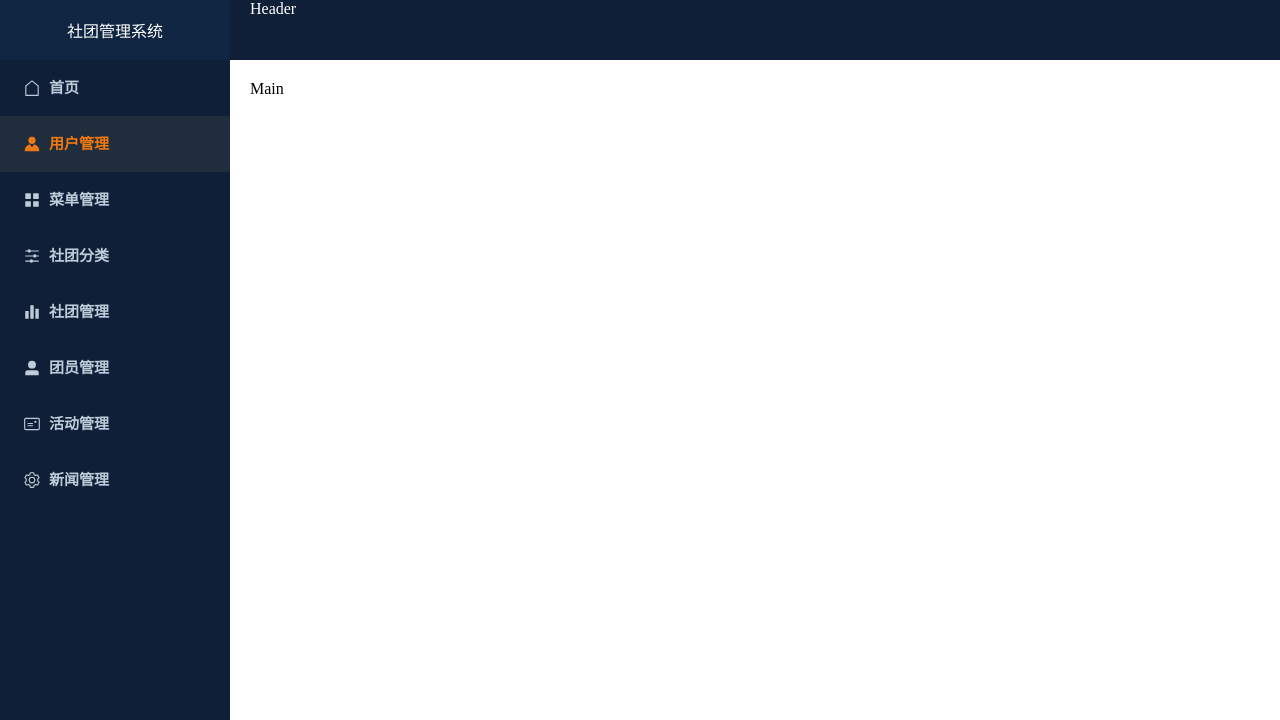
Repository: SanaatanX/Web-Engineering
Page: /home (app in 后台管理系统/team-admin/)
The author's editor kept a copy of each file at every save. The page is drawn from the files as they stood at one save, then again after the next save.
The browser window is 1280 px wide. The pictures show the whole page.
The project was rebuilt for these pictures with package versions that can differ from the ones it lists, and the page was loaded fresh each time. Also part of the build but not shown: 后台管理系统/team-admin/vite.config.ts.

Above is the page before, as saved 2025-05-14 20:58:15.

### 后台管理系统/team-admin/index.html
<!DOCTYPE html>
<html lang="en">
  <head>
    <meta charset="UTF-8" />
    <link rel="icon" href="/favicon.ico" />
    <meta name="viewport" content="width=device-width, initial-scale=1.0" />
    <title>Vite App</title>
  </head>
  <body>
    <div id="app"></div>
    <script type="module" src="/src/main.ts"></script>
  </body>
</html>
<style>
  html,body,#app{
    padding: 0px;
    margin: 0px;
    height: 100%;
  }
</style>

### 后台管理系统/team-admin/src/main.ts
import { createApp } from 'vue'
import router from './router/index'
//引入element plus
import ElementPlus from 'element-plus'
import 'element-plus/dist/index.css'
import * as ElementPlusIconsVue from '@element-plus/icons-vue'
//记得注释
// import './style.css'
import App from './App.vue'
//引入Pinia构造函数
import { createPinia } from 'pinia'
// 实例化 Pinia
const pinia = createPinia()
// createApp(App).mount('#app')
const app = createApp(App);
app.use(ElementPlus).use(router).use(pinia).mount('#app')
//全局注册图标组件
for (const [key, component] of Object.entries(ElementPlusIconsVue)) {
    app.component(key, component)
}

### 后台管理系统/team-admin/src/router/index.ts
import { createRouter, createWebHistory, RouteRecordRaw } from 'vue-router'
import Layout from '@/layout/index.vue'

const routes: Array<RouteRecordRaw> = [
  {
    path: '/home',
    name: 'home',
    component: Layout
  }
]

const router = createRouter({
  history: createWebHistory(),
  routes
})

export default router

### 后台管理系统/team-admin/src/App.vue
<template>
  <router-view/>
</template>

<style lang="scss">
</style>

### 后台管理系统/team-admin/src/layout/index.vue
<template>
  <el-container class="mycontainer">
    <el-aside class="myaside" width="230px">
      <Menu></Menu>
    </el-aside>
    <el-container>
      <el-header class="myheader">Header</el-header>
      <el-main class="mymain">Main</el-main>
    </el-container>
  </el-container>
</template>

<script setup lang="ts">
import Menu from './Menu.vue';
</script>

<style scoped lang="scss">
.mycontainer{
    height: 100%;
    .myaside{
      background-color: #0e1f37;
    }
    .myheader{
      background-color: #0e1f37;
      color: #FFF;
    }
    .mymain{
        // background-color: goldenrod;
    }
}
</style>

### 后台管理系统/team-admin/src/layout/Menu.vue
<template>
  <MenuLogo></MenuLogo>
  <el-menu
    default-active="1"
    class="el-menu-vertical-demo"
    :collapse="isCollapse"
    @open="handleOpen"
    @close="handleClose"
    active-text-color="#f07810"
    background-color="#0e1f37"
  >
  <el-menu-item index="0">
      <el-icon><House /></el-icon>
      <template #title>首页</template>
    </el-menu-item>
    <el-menu-item index="1">
      <el-icon><Avatar /></el-icon>
      <template #title>用户管理</template>
    </el-menu-item>
    <el-menu-item index="2">
      <el-icon><Menu /></el-icon>
      <template #title>菜单管理</template>
    </el-menu-item>
    <el-menu-item index="3">
      <el-icon><Operation /></el-icon>
      <template #title>社团分类</template>
    </el-menu-item>
    <el-menu-item index="4">
      <el-icon><Histogram /></el-icon>
      <template #title>社团管理</template>
    </el-menu-item>
    <el-menu-item index="5">
      <el-icon><UserFilled /></el-icon>
      <template #title>团员管理</template>
    </el-menu-item>
    <el-menu-item index="6">
      <el-icon><Postcard /></el-icon>
      <template #title>活动管理</template>
    </el-menu-item>
    <el-menu-item index="7">
      <el-icon><setting /></el-icon>
      <template #title>新闻管理</template>
    </el-menu-item>
  </el-menu>
</template>

<script setup lang="ts">
import { ref } from "vue";
import MenuLogo from "./MenuLogo.vue";
const isCollapse = ref(false);
const handleOpen = (key: string, keyPath: string[]) => {
  console.log(key, keyPath);
};
const handleClose = (key: string, keyPath: string[]) => {
  console.log(key, keyPath);
};
</script>

<style scoped>
.el-menu-vertical-demo:not(.el-menu--collapse) {
  width: 230px;
  min-height: 400px;
}
.el-menu {
  border-right: none;
}
.el-menu .el-menu-item {
  color: #bfcbd9;
  font-size: 15px;
  font-weight: bold;
}
.el-menu-item.is-active {
  color: #f07810 !important;
  background-color: #1f2d3d !important;
}
/* 鼠标移动菜单的颜色 */

:deep(.el-menu-item:hover) {
  background-color: #001528 !important;
}
</style>

### 后台管理系统/team-admin/src/layout/MenuLogo.vue
<template>
    <div class="mylogo">
        <div style="margin: 0 auto; text-align: center; width: 100%;">
            社团管理系统
        </div>
    </div>
</template>

<script setup lang="ts">

</script>

<style scoped lang="scss">
.mylogo{
    height: 60px;
    background-color: #0f2542;
    color: #FFF;
    display: flex;
    align-items: center;
}
</style>

After the next save:
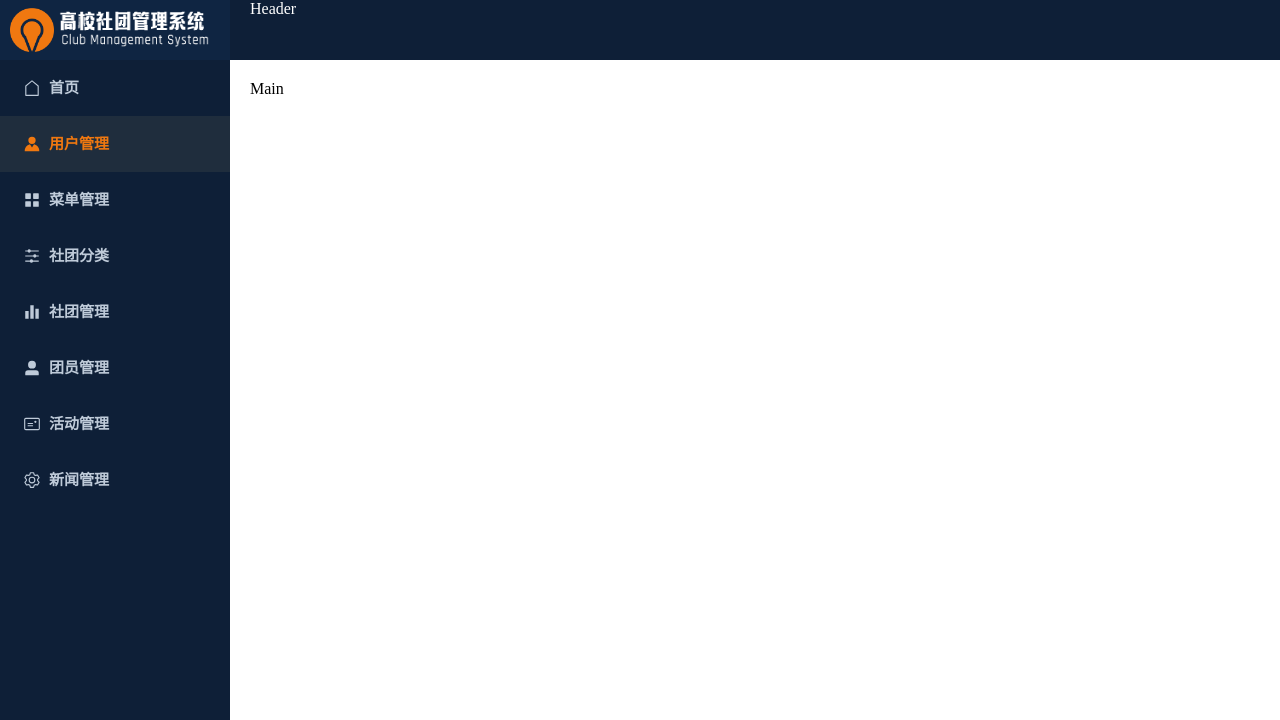
Saved 106 s later.
--- a/后台管理系统/team-admin/src/layout/MenuLogo.vue
+++ b/后台管理系统/team-admin/src/layout/MenuLogo.vue
@@ -1,13 +1,13 @@
 <template>
     <div class="mylogo">
-        <div style="margin: 0 auto; text-align: center; width: 100%;">
-            社团管理系统
-        </div>
+        <img class="logo" :src="logo" />
+        <img class="title" :src="title" />
     </div>
 </template>
 
 <script setup lang="ts">
-
+import logo from '@/assets/logo.png'
+import title from '@/assets/title.png'
 </script>
 
 <style scoped lang="scss">
@@ -17,5 +17,15 @@
     color: #FFF;
     display: flex;
     align-items: center;
+    .logo{
+        height: 44px;
+        width: 44px;
+        margin-left: 10px;
+        margin-right: 5px;
+    }
+    .title{
+        width: 150px;
+        height: 50px;
+    }
 }
 </style>
